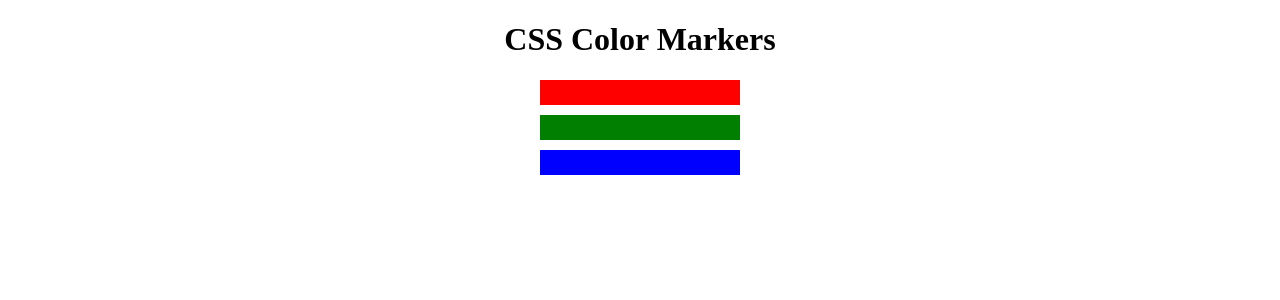
Repository: AimenDje/ColoredMarkers
Page: index.html
An editor plug-in stored every save of this project. The page is shown before and after the next save, followed by the edit.
The browser window is 1280 px wide. The pictures show the whole page.

Above is the page before, as saved 2025-05-09 01:18:18.

After the next save:
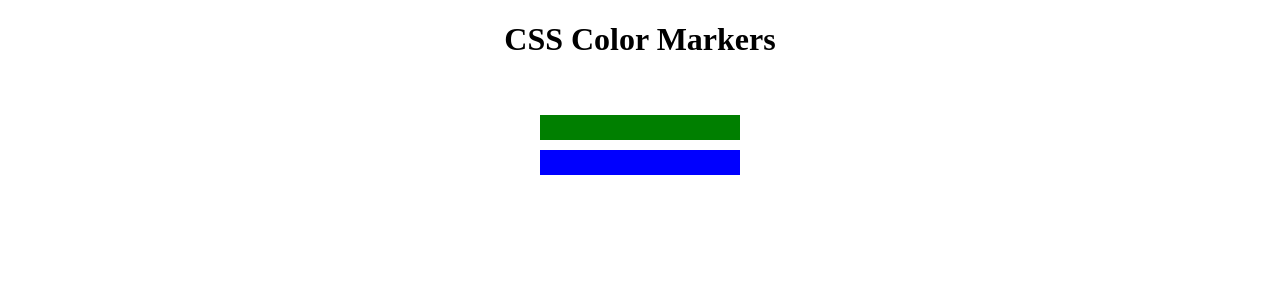
Saved 3 min 21 s later.
--- a/styles.css
+++ b/styles.css
@@ -9,7 +9,7 @@
   }
 
 .red {
-    background: rgb(255, 0, 0);
+  background:linear-gradient(90deg);
 }
 
 .green {
